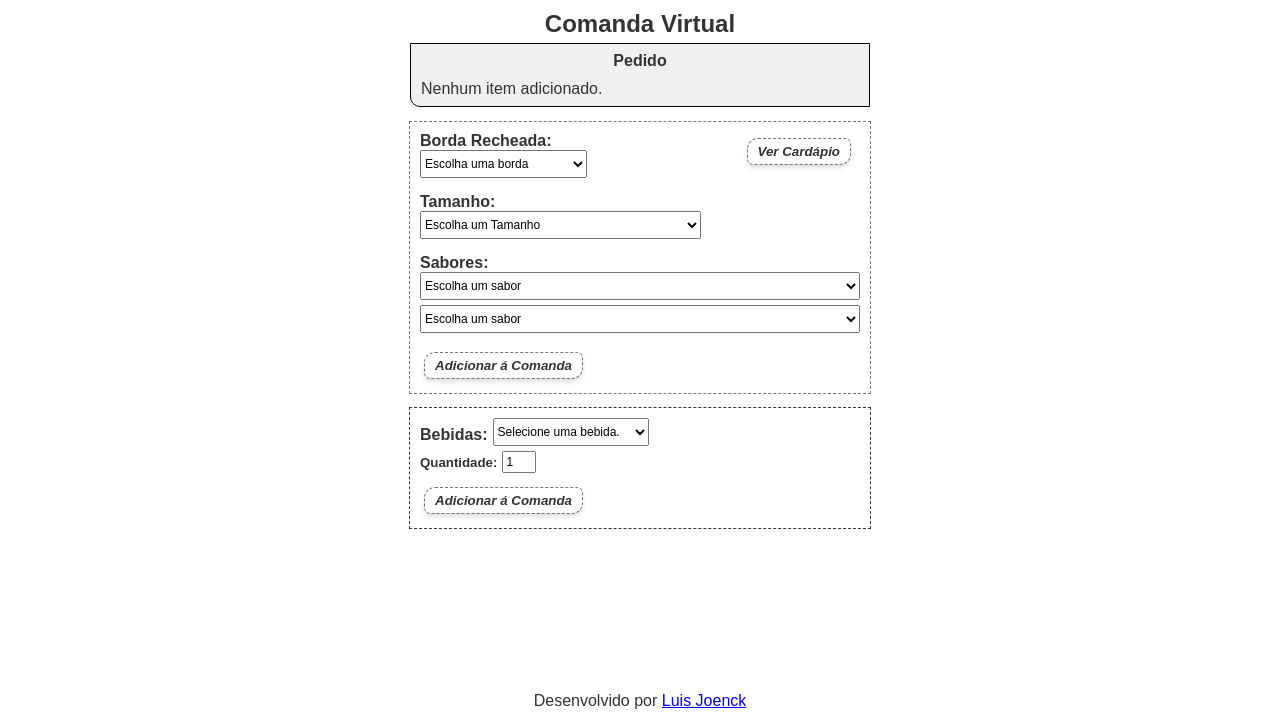
Repository: Joenck91/front-comanda-virtual
Page: index.html
An editor plug-in stored every save of this project. The page is shown before and after the next save, followed by the edit.
The browser window is 1280 px wide. The pictures show the whole page.

Above is the page before, as saved 2025-10-05 15:01:38.

After the next save:
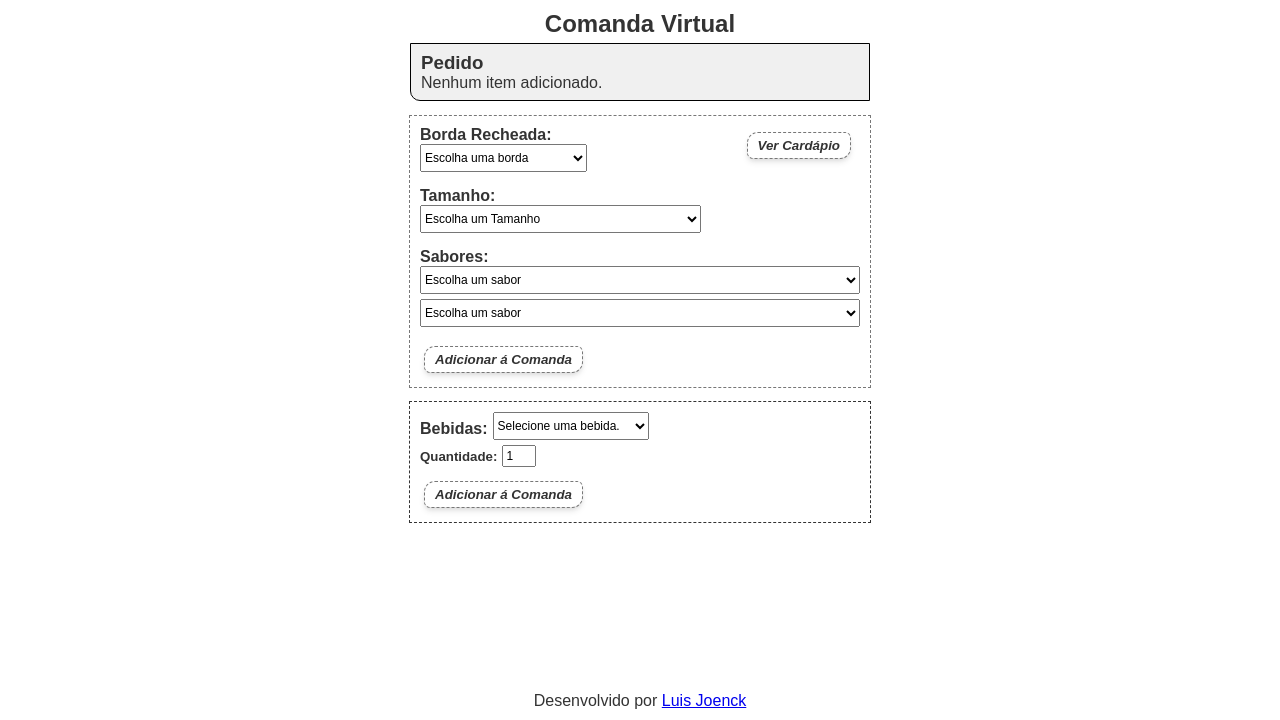
Saved 2 min 50 s later.
--- a/index.html
+++ b/index.html
@@ -16,7 +16,7 @@
             <h2>Comanda Virtual</h2>
         </div>
         <div class="command-box" id="total">
-            <h4>Pedido</h4>
+            <h3>Pedido</h3>
             <div class="ordered-items" id="ordered-items">
                 <p>Nenhum item adicionado.</p>
             <!--CRIAR ESTRUTURA DE PEDIDO COM JSON-->
